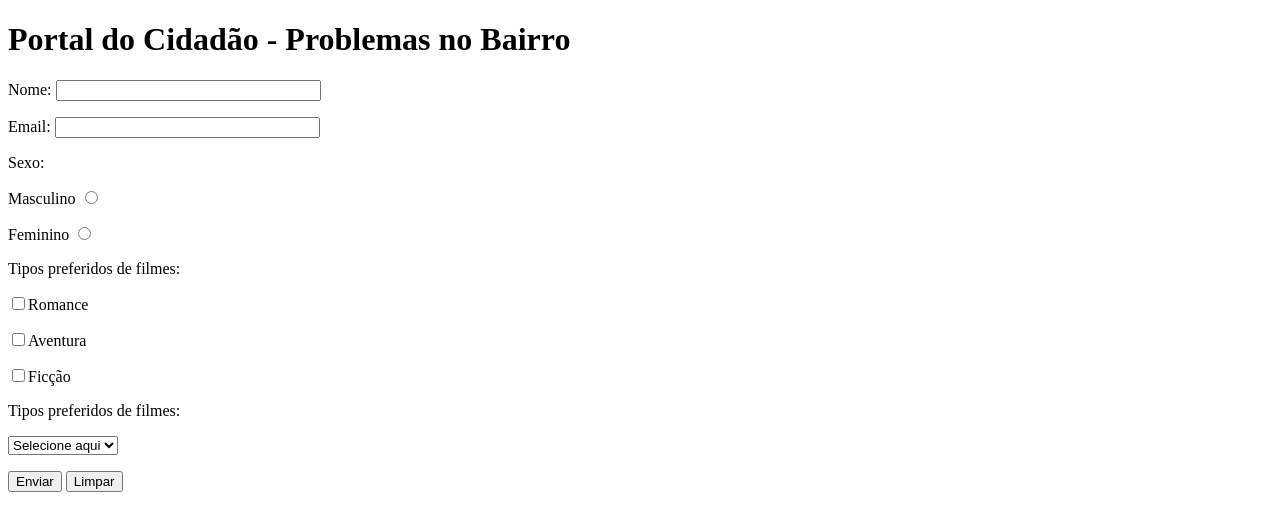
Repository: Marcelinalima/Java_JSP
Page: formulario_ex/src/main/webapp/reclamacoes.html
The author's editor kept a copy of each file at every save. The page is drawn from the files as they stood at one save, then again after the next save.
The browser window is 1280 px wide. The pictures show the whole page.

Above is the page before, as saved 2023-04-17 14:03:29.

### formulario_ex/src/main/webapp/reclamacoes.html
<!DOCTYPE html>
<html>
<head>
<meta charset="UTF-8">
<title>Portal Cidadão</title>
</head>
<body>
    <h1>Portal do Cidadão - Problemas no Bairro</h1>
    <form action="/Formulario_ex/ReclamacoesServelet" method="post"></form>
    <p>Nome: <input type="text" name="p_nome" size="30" /></p>
		<p>Email:  <input type="email" name="p_email" size="30" /></p>

		<p>Sexo:</p>
		<p>Masculino  <input type="radio" name="p_sexo" value="masculino" /></p>
		<p>Feminino  <input type="radio" name="p_sexo" value="feminino" /></p>

		<p>Tipos preferidos de filmes:</p>
		<p><input type="checkbox" name="p_ck1" value="romance" />Romance</p>
		<p><input type="checkbox" name="p_ck2" value="aventura" />Aventura</p>
		<p><input type="checkbox" name="p_ck3" value="Ficção" />Ficção</p>

		<p>Tipos preferidos de filmes:</p>
		<select name="p_estadoCivil">
			<option selected="selected" disabled>Selecione aqui</option>
			<option value="solteiro(a)">Solteiro(a)</option>
			<option value="casado(a)">Casado(a)</option>
			<option value="Viuvo(a)">Viuvo(a)</option>
		</select>

		<p>
			<input type="submit" value="Enviar" />
			<input type="reset" value="Limpar" />
		</p>

</body>
</html>

After the next save:
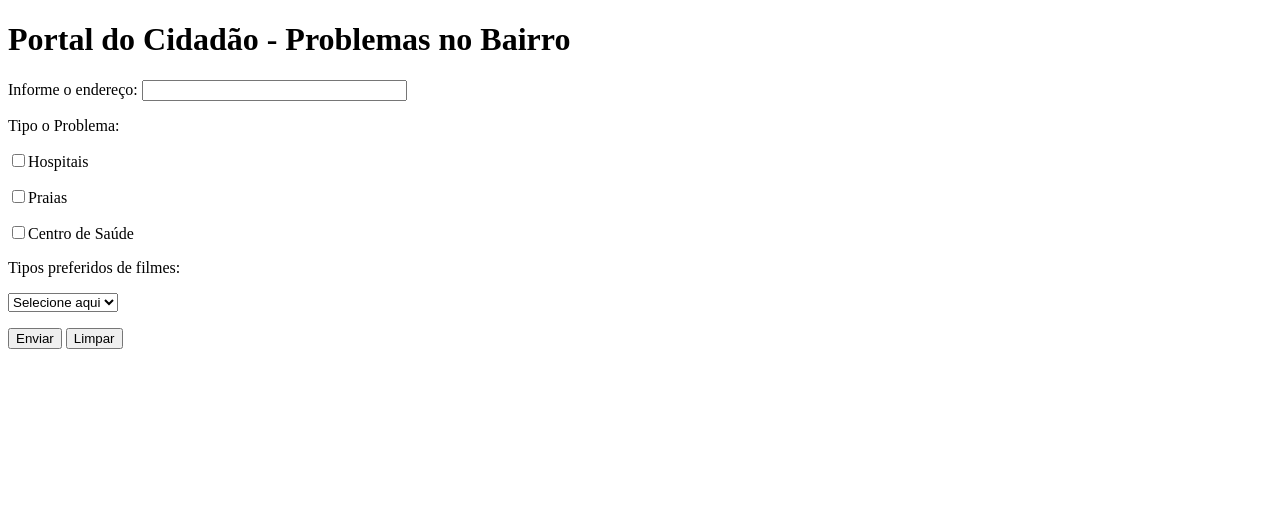
Saved 19 min 44 s later.
--- a/formulario_ex/src/main/webapp/reclamacoes.html
+++ b/formulario_ex/src/main/webapp/reclamacoes.html
@@ -6,18 +6,16 @@
 </head>
 <body>
     <h1>Portal do Cidadão - Problemas no Bairro</h1>
+
     <form action="/Formulario_ex/ReclamacoesServelet" method="post"></form>
-    <p>Nome: <input type="text" name="p_nome" size="30" /></p>
-		<p>Email:  <input type="email" name="p_email" size="30" /></p>
 
-		<p>Sexo:</p>
-		<p>Masculino  <input type="radio" name="p_sexo" value="masculino" /></p>
-		<p>Feminino  <input type="radio" name="p_sexo" value="feminino" /></p>
+      <p>Informe o endereço: <input type="text" name="p_nome" size="30" /></p>
 
-		<p>Tipos preferidos de filmes:</p>
-		<p><input type="checkbox" name="p_ck1" value="romance" />Romance</p>
-		<p><input type="checkbox" name="p_ck2" value="aventura" />Aventura</p>
-		<p><input type="checkbox" name="p_ck3" value="Ficção" />Ficção</p>
+
+		<p>Tipo o Problema:</p>
+		<p><input type="checkbox" name="p_prob1" value="hospitais" />Hospitais</p>
+		<p><input type="checkbox" name="p_prob2" value="praias" />Praias</p>
+		<p><input type="checkbox" name="p_prob3" value="centro de saude" />Centro de Saúde</p>
 
 		<p>Tipos preferidos de filmes:</p>
 		<select name="p_estadoCivil">
